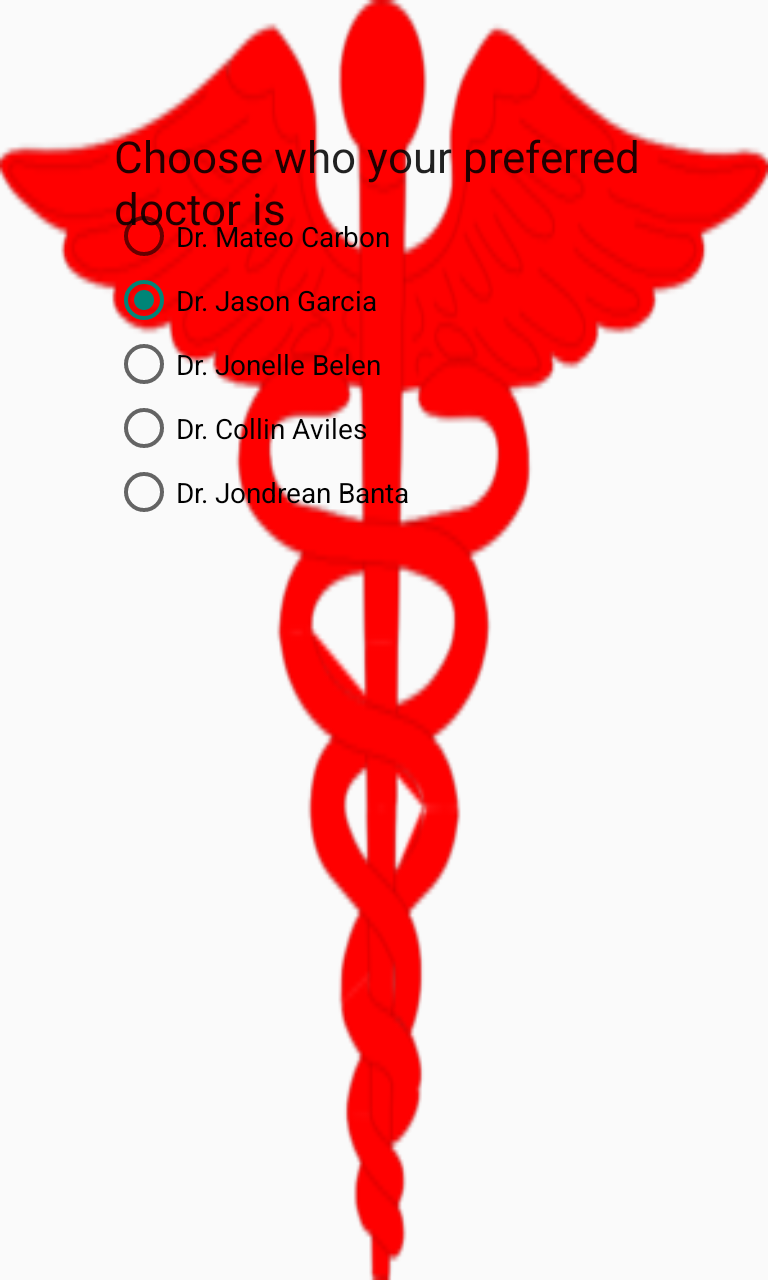
Repository: nave29/sem_1
Layout: VERSION_0.0/sem1_gica/res/layout/activity_doctors.xml
An editor plug-in stored every save of this project. The layout is shown before and after the next save, followed by the edit.
It is drawn on a 768 x 1280 px phone screen (xhdpi) without system bars, with theme AppTheme; the app's code is not run.

Above is the layout before, as saved 2014-09-08 10:15:51.

### VERSION_0.0/sem1_gica/res/layout/activity_doctors.xml
<RelativeLayout xmlns:android="http://schemas.android.com/apk/res/android"
    xmlns:tools="http://schemas.android.com/tools"
    android:layout_width="match_parent"
    android:layout_height="match_parent"
    android:background="@drawable/doc"
    android:paddingBottom="@dimen/activity_vertical_margin"
    android:paddingLeft="@dimen/activity_horizontal_margin"
    android:paddingRight="@dimen/activity_horizontal_margin"
    android:paddingTop="@dimen/activity_vertical_margin"
    tools:context="com.example.sem1_gica.Doctors" >

    <RadioGroup
        android:id="@+id/radioGroup1"
        android:layout_width="wrap_content"
        android:layout_height="wrap_content"
        android:layout_alignParentLeft="true"
        android:layout_alignParentTop="true"
        android:layout_marginLeft="40dp"
        android:layout_marginTop="86dp" >

        <RadioButton
            android:id="@+id/radio1"
            android:layout_width="wrap_content"
            android:layout_height="wrap_content"
            android:text="Dr. Mateo Carbon" />

        <RadioButton
            android:id="@+id/radio0"
            android:layout_width="wrap_content"
            android:layout_height="wrap_content"
            android:checked="true"
            android:text="Dr. Jason Garcia" />

        <RadioButton
            android:id="@+id/radio3"
            android:layout_width="wrap_content"
            android:layout_height="wrap_content"
            android:text="Dr. Jonelle Belen" />

        <RadioButton
            android:id="@+id/radio4"
            android:layout_width="wrap_content"
            android:layout_height="wrap_content"
            android:text="Dr. Collin Aviles" />

        <RadioButton
            android:id="@+id/radio2"
            android:layout_width="wrap_content"
            android:layout_height="wrap_content"
            android:text="Dr. Jondrean Banta" />
    </RadioGroup>

    <TextView
        android:id="@+id/textView1"
        android:layout_width="wrap_content"
        android:layout_height="wrap_content"
        android:layout_alignParentLeft="true"
        android:layout_alignParentTop="true"
        android:layout_marginLeft="41dp"
        android:layout_marginTop="47dp"
        android:text="Choose who your preferred doctor is"
        android:textAppearance="?android:attr/textAppearanceLarge" />

</RelativeLayout>

Loaded but not shown: VERSION_0.0/sem1_gica/res/values/styles.xml (common file); VERSION_0.0/sem1_gica/res/values-v11/styles.xml (common file); VERSION_0.0/sem1_gica/res/values-v14/styles.xml (common file); VERSION_0.0/sem1_gica/res/values/dimens.xml (common file); VERSION_0.0/sem1_gica/res/values-w820dp/dimens.xml (common file)

After the next save:
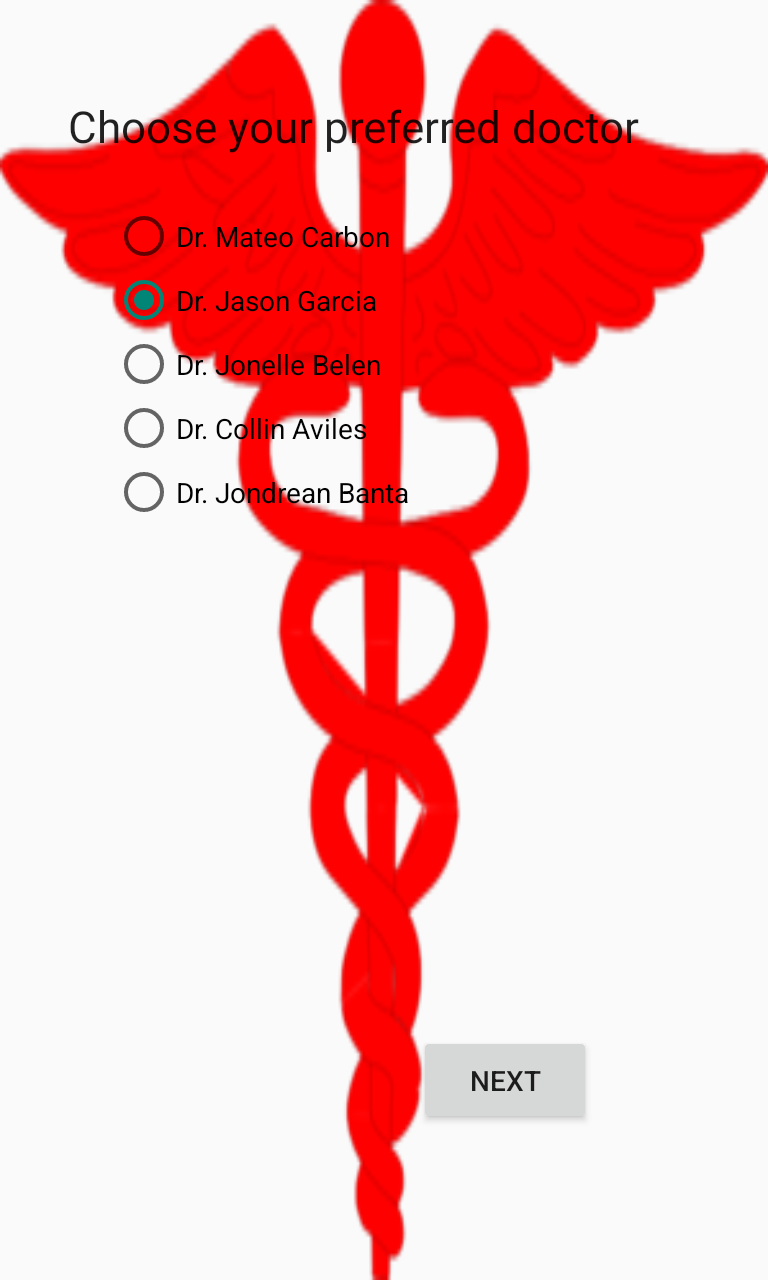
Saved 2 min 44 s later.
--- a/VERSION_0.0/sem1_gica/res/layout/activity_doctors.xml
+++ b/VERSION_0.0/sem1_gica/res/layout/activity_doctors.xml
@@ -56,9 +56,19 @@
         android:layout_height="wrap_content"
         android:layout_alignParentLeft="true"
         android:layout_alignParentTop="true"
-        android:layout_marginLeft="41dp"
-        android:layout_marginTop="47dp"
-        android:text="Choose who your preferred doctor is"
+        android:layout_marginLeft="18dp"
+        android:layout_marginTop="32dp"
+        android:text="Choose your preferred doctor"
         android:textAppearance="?android:attr/textAppearanceLarge" />
 
+    <Button
+        android:id="@+id/button1"
+        android:layout_width="wrap_content"
+        android:layout_height="wrap_content"
+        android:layout_alignParentBottom="true"
+        android:layout_alignRight="@+id/textView1"
+        android:layout_marginBottom="60dp"
+        android:layout_marginRight="23dp"
+        android:text="Next" />
+
 </RelativeLayout>
